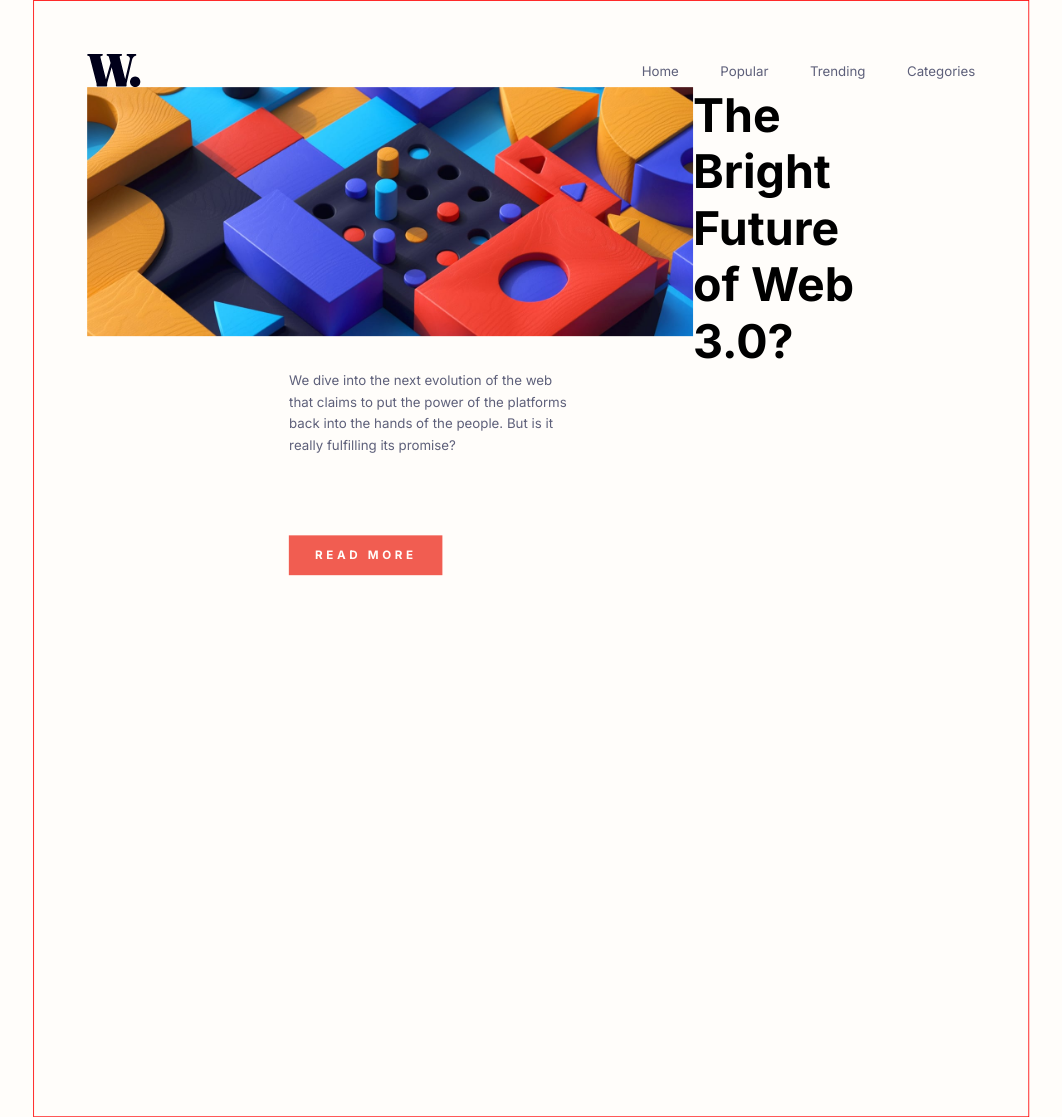
Repository: Arkitecth/news-webpage
Page: index.html
An editor plug-in stored every save of this project. The page is shown before and after the next save, followed by the edit.
The browser window is 1280 px wide. The pictures show the whole page, at 83% of full size.

Above is the page before, as saved 2023-06-07 20:43:32.

### index.html
<!DOCTYPE html>
<html lang="en">
<head>
  <meta charset="UTF-8">
  <meta name="viewport" content="width=device-width, initial-scale=1.0"> <!-- displays site properly based on user's device -->
  <title>News homepage</title>
  <link rel="stylesheet" media="screen and (max-width:1440px)"href="style.css">
  <link rel="stylesheet" media="screen and (min-width:320px) and (max-width:768px)" href="mobile.css">
</head>
<body>
  <main>
    <nav class="flex-container">
      <img class="logo" src="assets/images/logo.svg" alt="logo">
      <div class="hamburger-menu">
        <img class="icon-menu" src="assets/images/icon-menu.svg" alt="icon-menu">
          <ul class="menu-items">
            <li><a href="#"> Home </a> </li>
            <li><a href="#"> Popular </a></li>
            <li><a href="#">Trending </a></li>
            <li><a href="#">Categories</a></li>
          </ul>
      </div>
    </nav>

    <div class="showcase">
      <section class="showcase-card">
        <img class="background-image" src="assets/images/image-web-3-mobile.jpg" alt="background-image">
        <h1>The Bright Future of Web 3.0? </h1>
        <p> We dive into the next evolution of the web that claims to put the power of the platforms back into the hands of the people.
          But is it really fulfilling its promise? </p>
        <a class="primary-btn" href="#">Read more </a>
      </section>

      <!-- <section class="news-card">
        <h2>New</h2>
        <article>
          <h3>Hydrogen VS Electric Cars</h3>
          <p>Will hydrogen-fueled cars ever catch up to EVs?  </p>
        </article>

        <article>
          <h3>The Downsides of AI Artistry </h3>
          <p>What are the possible adverse effects of on-demand AI image generation?</p>
        </article>
        <article>
          <h3>Is VC Funding Drying Up?</h3>
          <p>Private funding by VC firms is down 50% YOY. We take a look at what that means.</p>
        </article>
    </section>

    <section class="game-card">
      <article>
        <img src="assets/images/image-retro-pcs.jpg" alt="image-retro-pcs">
        <div class="game-content">
          <h2>01</h2>
          <h3>Reviving Retro PCs</h3>
          <p>What happens when old PCs are given modern upgrades?</p>
        </div>
      </article>

      <article>
        <img src="assets/images/image-top-laptops.jpg" alt="image-top-laptops">
        <div class="game-content">
          <h2>02</h2>
          <h3>Top 10 Laptops of 2022</h3>
          <p>Our best picks for various needs and budgets.</p>
        </div>
      </article>

      <article>
        <img src="assets/images/image-gaming-growth.jpg" alt="image-top-laptops">
        <div class="game-content">
          <h2>03</h2>
          <h3>The Growth of Gaming</h3>
          <p>How the pandemic has sparked fresh opportunities.</p>
        </div>
      </article>

    </section> -->

    </div>
  </main>
<script src="script.js"></script>

</body>
</html>

### style.css
@import url('https://fonts.googleapis.com/css2?family=Inter:wght@400;700;800&display=swap');

:root {
    --dark-primary: #00001A;
    --dark-secondary:#5E607A;
    --almost-white:#FFFDFA;
    --primary-color:#F15D51;
    --list-color:#5E607A
}

/* Main Styling */
* {
    margin: 0;
    padding: 0;
    box-sizing: border-box;
}


p {
    color: #5E607A;
    line-height: 26px;
}

body {
    font-family: 'Inter', sans-serif;
    background: #FFFDFA;
}

.primary-btn {
    text-decoration: none;
    text-transform: uppercase;
    background-color: var(--primary-color);
    color: var(--almost-white);
    width: 185px;
    height: 48px;
    font-weight: 700;
    font-size: 14px;
    text-align: center;
    padding-top: 15px;
    letter-spacing: 4.38px;
}


.primary-btn:hover {
    background-color: #00001A;
}


main {
    max-width: 1200px;
    margin: auto;
    padding: 4rem 4rem;
    overflow: hidden;
    border: 1px solid red;
}

/* .showcase {
    display: grid;
    grid-template-columns: 1fr 1fr;
    grid-template-rows: 1fr 1fr 1fr;
} */

.icon-menu {
    display: none;
}

.flex-container {
    display: flex;
    justify-content: space-between;
    align-items: center;
}

.menu-items li  {
    list-style-type: none;
}
.menu-items {
    display: flex;
    justify-content: space-evenly;
    gap: 50px;
}
.menu-items li a {
    color: var(--list-color);
    text-decoration: none;
}

.menu-items li a:hover {
    color: var(--primary-color);
}

.background-image {
    content: url("assets/images/image-web-3-desktop.jpg");
    width: 730px;
}

/* Showcase */

.showcase {
    display: grid;
    grid-template-columns: 1fr 1fr 1fr;
    grid-template-rows: 1fr 1fr;
}

.showcase-card .background-image {
    grid-row: 1;
    grid-column: 1 / span 3;
}

.showcase-card {
    display: grid;
    grid-template-rows: auto 200px auto;
    grid-template-columns: auto auto auto;
}

.showcase-card h1 {
    grid-row-start: 2/span 3;
    font-size: 56px;
}

.showcase-card p {
    grid-row-start: 2;
    width: 350px;
    grid-column: 2 / span 3;
}

.showcase-card a {
    grid-row: 3;
    grid-column: 2 / span 3;
}
/* .news-card {
    display: grid;
    justify-content: center;
    background-color: black;
    color: #FFFDFA;
    margin: 100px 30px 0 30px;
    padding-left: 20px;
}

.news-card h2 {
    color: #E9AA52;
    font-size: 2rem;
    padding-top: 1rem;
}

.news-card article h3 {
    padding-bottom: 1.5rem;
    padding-top: 2rem;
}

.news-card article p {
    padding-bottom: 1.5rem;
    border-bottom: 1px solid #5E607A;
    color: #C5C6CE;
} */

### script.js
const hamburger = document.querySelector(".hamburger-menu");
const iconMenu = document.querySelector(".icon-menu");
const menuItems = document.querySelector(".menu-items");
const backgroundImage = document.querySelector(".background-image");

const body = document.querySelector("body");
iconMenu.addEventListener("click", () => {
    hamburger.classList.toggle("menu-box");
    iconMenu.classList.toggle("toggle-icon");
    menuItems.classList.toggle("toggle-menu-items");
    body.classList.toggle("toggle-dark");
    backgroundImage.classList.toggle("toggle-background-brightness");
})
iconMenu.src = "assets/images/icon-menu.svg";

### mobile.css
:root {
    --dark-primary: #00001A;
    --dark-secondary:#5E607A;
    --almost-white:#FFFDFA;
    --primary-color:#F15D51;
}
main {
    display: grid;
    grid-template-rows: auto auto auto auto;
}

.flex-container {
    display: flex;
    justify-content: space-between;
    align-items: center;
}

.container {
    margin: 1.25rem;
}

.logo {
    margin: 1.25rem;
}


/* Menu and Nav */
.icon-menu {
    display: block;
}
.menu-items {
    list-style-type: none;
    display: none;
    font-size: 1.125rem;
}

.menu-items li {
    padding: 20px;
}


.menu-items li a {
    text-decoration: none;
    color: #00001A;

}


.hamburger-menu {
    margin: 20px;
}

.toggle-dark {
    background-color: rgba(18, 23, 37, 0.6);
}

.menu-box {
    position: absolute;
    margin: 0;
    top: 0;
    right: 0;
    height: 100vh;
    width: 40vh;
    background-color: var(--almost-white);
    z-index: 1;
}


.toggle-icon {
    content: url("assets/images/icon-menu-close.svg");
    padding-top: 20px;
    margin-left: 80%;
}

.toggle-menu-items {
    display: block;
    padding: 20px;
}

.toggle-background-brightness {
    filter: brightness(50%);
}

.showcase {
    display: block;
}

/* Showcase Card */

.background-image {
    width: 343px;
}

.showcase-card {
    display: grid;
    grid-template-rows: repeat(1fr 1fr 1fr 1fr);
    align-content: center;
    justify-content: center;
}

.showcase-card h1 {
    font-size: 2.5rem;
    font-weight: 800;
    width: 21.4375rem;
    padding: 1rem 0 1rem 0;
}

.showcase-card p {
    width: 21.4375rem;
}

.primary-btn {
    margin-top: 20px;
}

.primary-btn {
    text-decoration: none;
    text-transform: uppercase;
    background-color: var(--primary-color);
    color: var(--almost-white);
    width: 185px;
    height: 48px;
    font-weight: 700;
    font-size: 14px;
    text-align: center;
    padding-top: 15px;
    letter-spacing: 4.38px;
}


.primary-btn:hover {
    background-color: #00001A;
}

/* News Card */
.news-card {
    display: grid;
    justify-content: center;
    background-color: black;
    color: #FFFDFA;
    margin: 100px 30px 0 30px;
    padding-left: 20px;
}

.news-card h2 {
    color: #E9AA52;
    font-size: 2rem;
    padding-top: 1rem;
}

.news-card article h3 {
    padding-bottom: 1.5rem;
    padding-top: 2rem;
}

.news-card article p {
    padding-bottom: 1.5rem;
    border-bottom: 1px solid #5E607A;
    color: #C5C6CE;
}

/* Game Card */

.game-card {
    display: grid;
    grid-template-rows: 1fr 1fr 1fr;
    margin: 100px 30px 0 30px;
    justify-content: center;
    padding-bottom: 100px;
    align-items: center;
    gap:30px
}

.game-card img {
    width: 100px;
    height: 129px;
}

.game-card article {
    display: grid;
    grid-template-columns: auto 1fr;
}

.game-content {
   padding-left: 20px;
}

.game-content h2 {
    color: #C5C6CE;
    font-size: 2rem;
    padding-bottom: 0.5rem;
}

.game-content h3 {
    padding-bottom: 1rem;
}

After the next save:
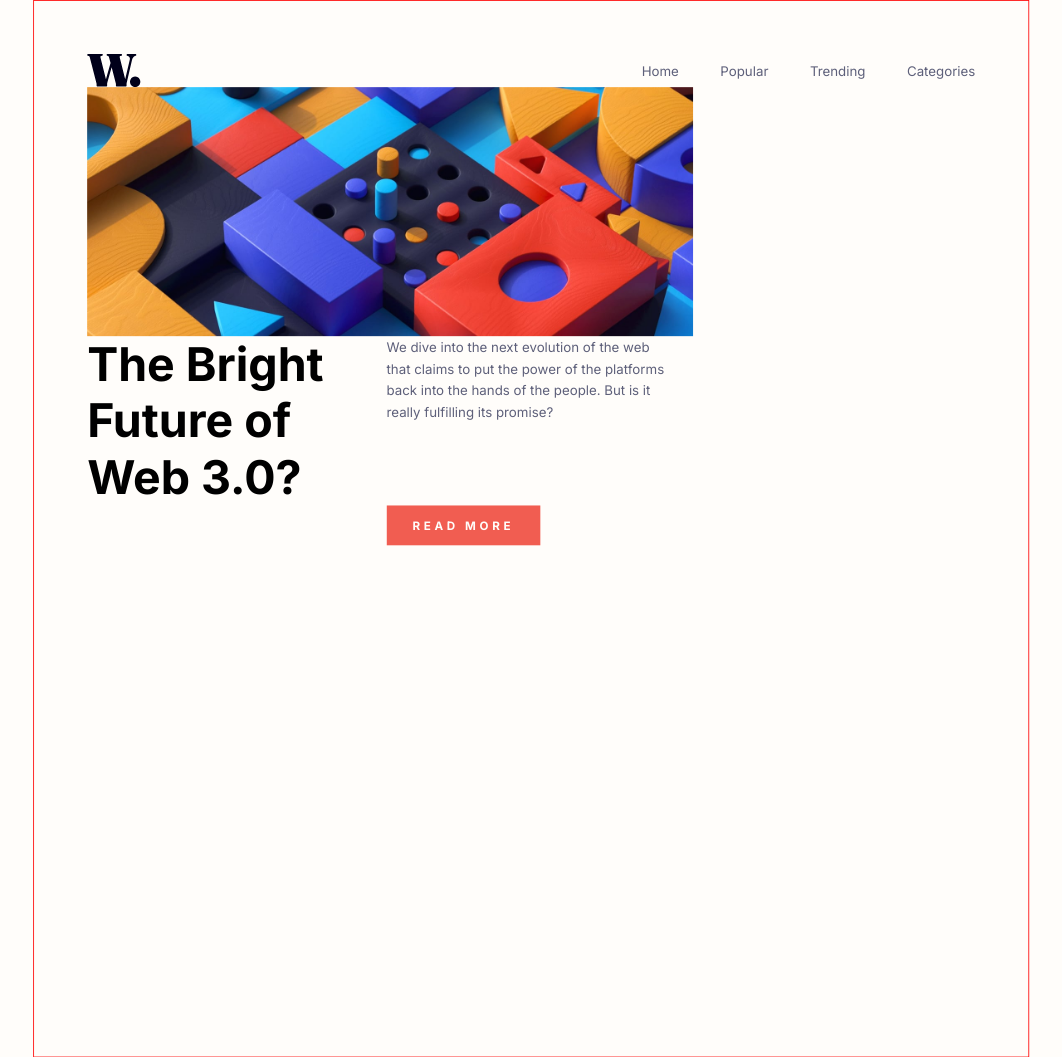
Saved 8 s later.
--- a/style.css
+++ b/style.css
@@ -107,12 +107,12 @@
 
 .showcase-card {
     display: grid;
-    grid-template-rows: auto 200px auto;
+    grid-template-rows: auto auto auto;
     grid-template-columns: auto auto auto;
 }
 
 .showcase-card h1 {
-    grid-row-start: 2/span 3;
+    grid-row-start: 2;
     font-size: 56px;
 }
 
